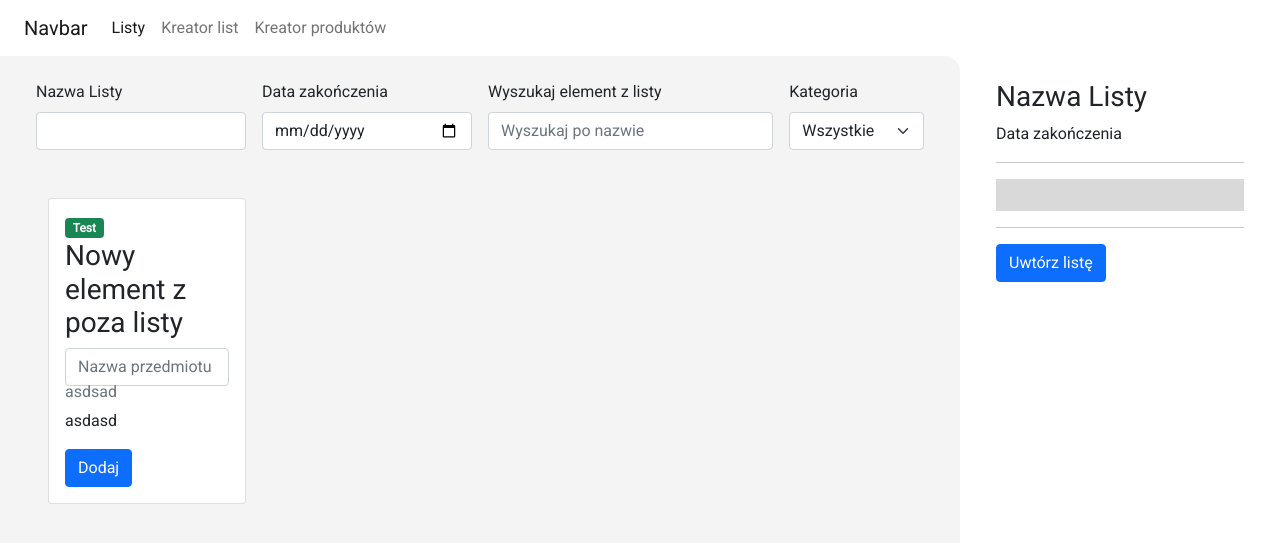
Repository: alphatra/Task-menager
Page: http://localhost/php/src/views/createList.php
These files come from the project's save history. The page is drawn as it stood at one moment and after the next save; the edit follows.
The browser window is 1280 px wide. The pictures show the whole page.
The page is run by PHP 8.4 with error messages shown; the project is at /var/www/html/. Queries for data that is not in the repository find no rows.

Above is the page before, as saved 2023-02-09 21:38:37.

After the next save:
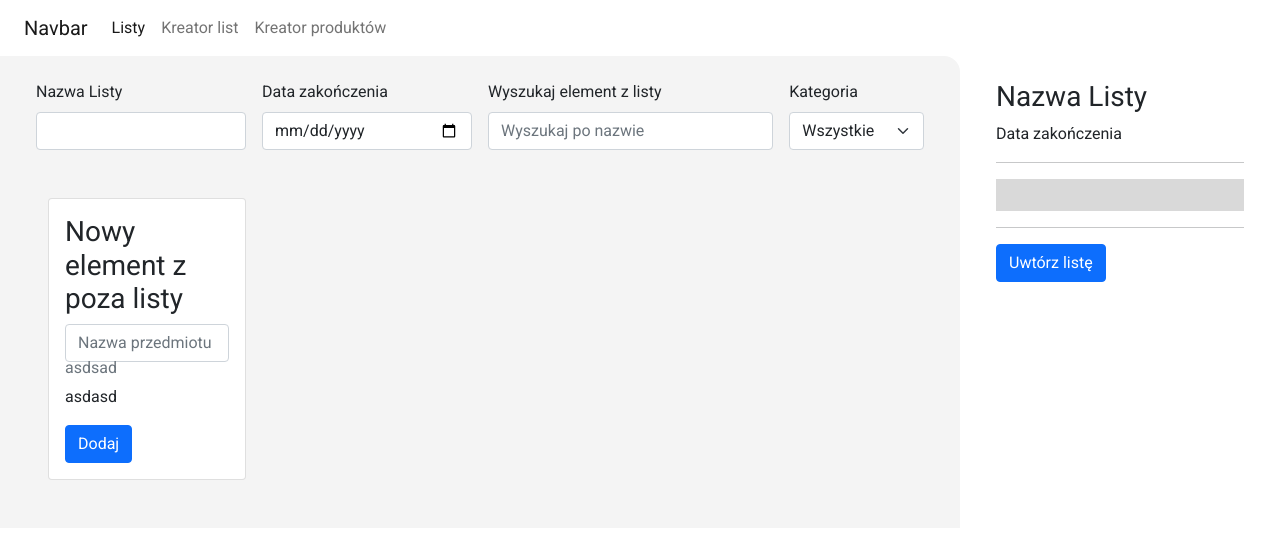
Saved 12 s later.
--- a/php/src/views/createList.php
+++ b/php/src/views/createList.php
@@ -28,7 +28,6 @@
             let private_item = $(`<div class="col-xl-3 col-lg-4 col-md-6 col-12 mb-4">
                         <div class="card">
                             <div class="card-body">
-                                <span class="badge bg-success">Test</span>
                                 <h3 class="card-title">Nowy element z poza listy</h3>
                                 <input type="text" class="form-control" id="priv_item" placeholder="Nazwa przedmiotu">
                                 <h6 class="card-subtitle mb-2 text-muted">asdsad</h6>
